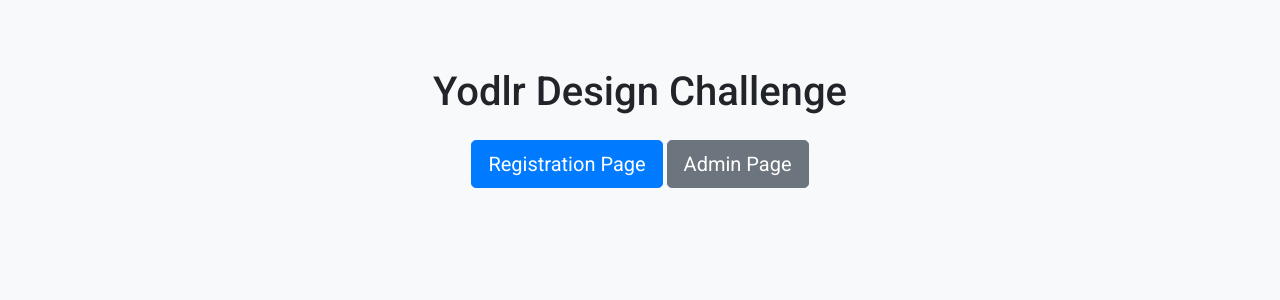
Repository: rmdayberry/yodlr-take-home
Page: public/index.html
An editor plug-in stored every save of this project. The page is shown before and after the next save, followed by the edit.
The browser window is 1280 px wide. The pictures show the whole page.

Above is the page before, as saved 2024-10-09 09:09:47.

After the next save:
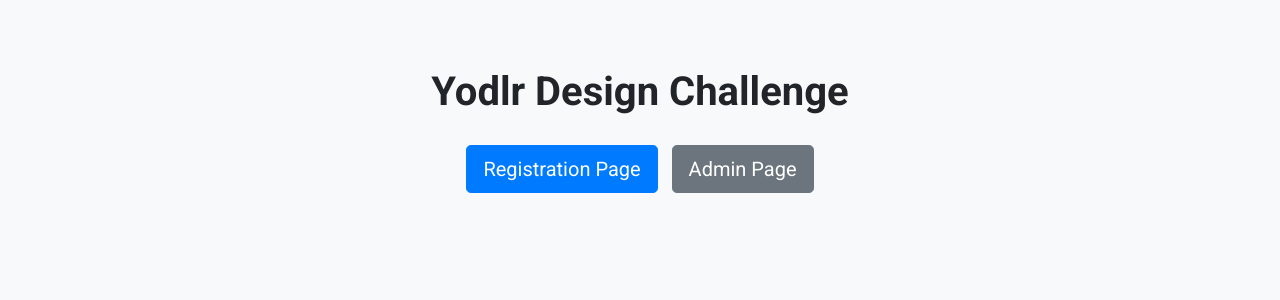
Saved 19 s later.
--- a/public/index.html
+++ b/public/index.html
@@ -8,6 +8,7 @@
       href="https://stackpath.bootstrapcdn.com/bootstrap/4.5.2/css/bootstrap.min.css"
     />
     <link rel="stylesheet" href="css/styles.css" />
+    <link rel="stylesheet" href="css/index.css" />
   </head>
   <body>
     <div class="container mt-5">
